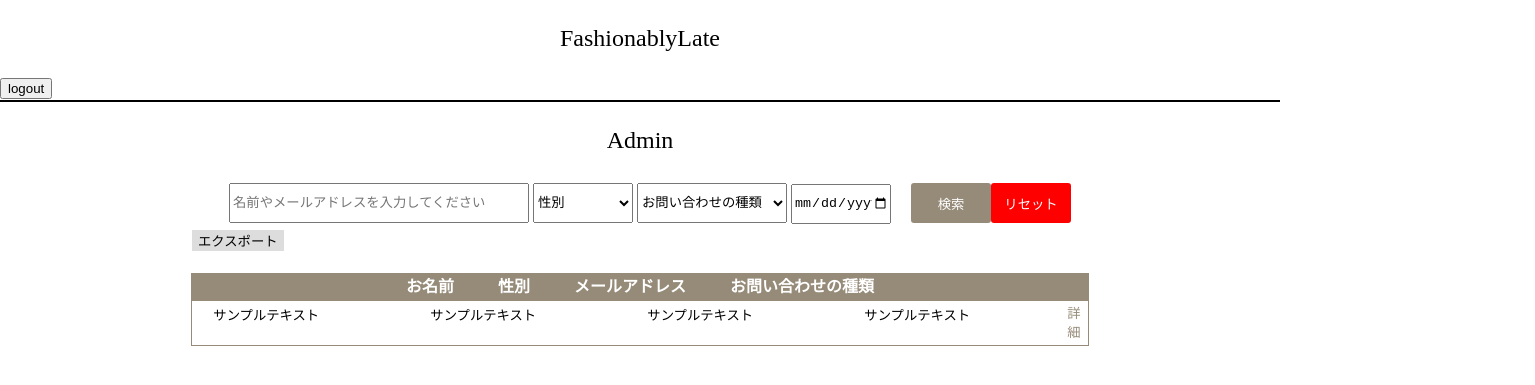
Repository: mayu-ya/test_form
Page: http://localhost/
An editor plug-in stored every save of this project. The page is shown before and after the next save, followed by the edit.
The browser window is 1280 px wide. The page is 1280 px wide, then 1535 px, then 1280 px, so the pictures cover 1535 px, including what lies to the right of the window. The pictures show the whole page.
The page is served by the project's Laravel application, run on PHP 8.4 with Laravel 8.

Above is the page before, as saved 2026-01-18 00:00:49.

After the next save:
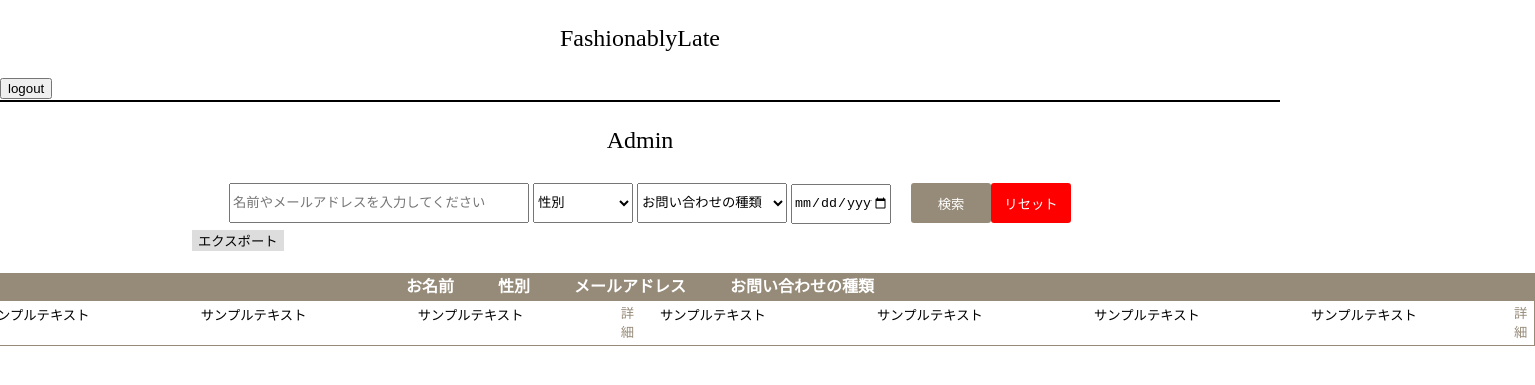
Saved 66 s later.
--- a/src/resources/views/admin.blade.php
+++ b/src/resources/views/admin.blade.php
@@ -75,6 +75,24 @@
                         <div class="form__button">
                             <button class="form__button-detail">詳細</button>
                         </div>
+
+                        <div class="form__item">
+                            <div class="form__item-name">
+                                <input type="text" class="form__item-input" value="サンプルテキスト">
+                            </div>
+                            <div class="form_item-gender">
+                                <input type="text" class="form__item-input" value="サンプルテキスト">
+                            </div>
+                            <div class="form_item-email">
+                                <input type="text" class="form__item-input" value="サンプルテキスト">
+                            </div>
+                            <div class="form_item-content">
+                                <input type="text" class="form__item-input" value="サンプルテキスト">
+                            </div>
+                        </div>
+                        <div class="form__button">
+                            <button class="form__button-detail">詳細</button>
+                        </div>
                     </form>
                 </td>
             </tr>

After the save that followed:
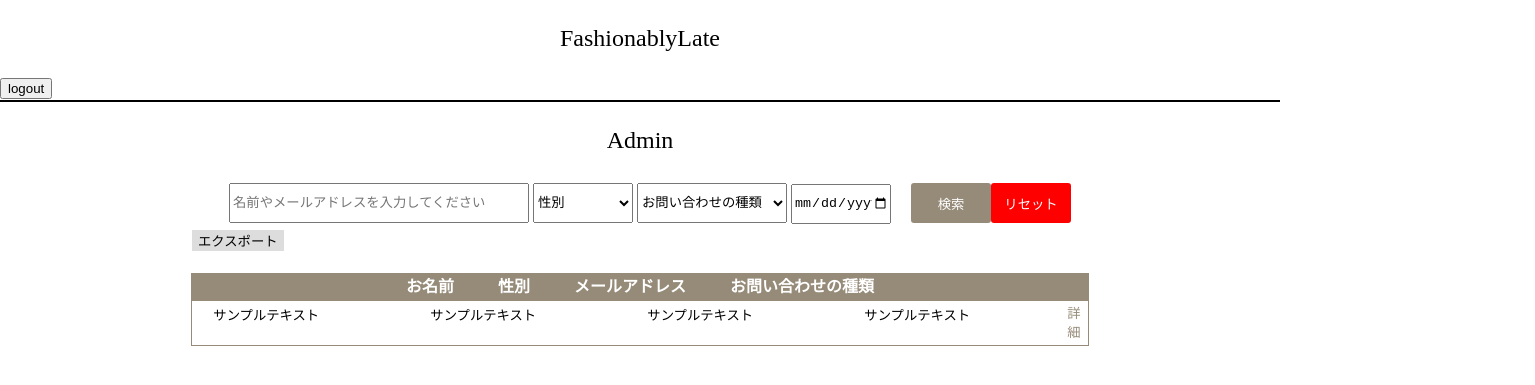
Saved 66 s later.
--- a/src/resources/views/admin.blade.php
+++ b/src/resources/views/admin.blade.php
@@ -75,24 +75,6 @@
                         <div class="form__button">
                             <button class="form__button-detail">詳細</button>
                         </div>
-
-                        <div class="form__item">
-                            <div class="form__item-name">
-                                <input type="text" class="form__item-input" value="サンプルテキスト">
-                            </div>
-                            <div class="form_item-gender">
-                                <input type="text" class="form__item-input" value="サンプルテキスト">
-                            </div>
-                            <div class="form_item-email">
-                                <input type="text" class="form__item-input" value="サンプルテキスト">
-                            </div>
-                            <div class="form_item-content">
-                                <input type="text" class="form__item-input" value="サンプルテキスト">
-                            </div>
-                        </div>
-                        <div class="form__button">
-                            <button class="form__button-detail">詳細</button>
-                        </div>
                     </form>
                 </td>
             </tr>
